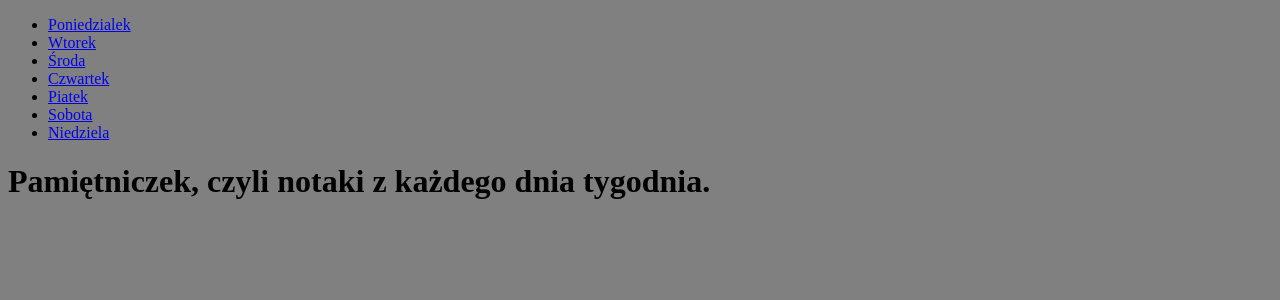
Repository: ArturNatwora/hompage
Page: index.html
An editor plug-in stored every save of this project. The page is shown before and after the next save, followed by the edit.
The browser window is 1280 px wide. The pictures show the whole page.

Above is the page before, as saved 2019-06-11 14:48:17.

### index.html
<!DOCTYPE html>
<html lang="pl">
<head>
    <meta charset="UTF-8">
    <meta name="viewport" content="width=device-width, initial-scale=1.0">
    <meta http-equiv="X-UA-Compatible" content="ie=edge">
    <link rel="stylesheet" href="index.css">
    <title>Strona domowa w ramach kursu WTf CO TEN FRONTEND.</title>
</head>
<body>
    <header class="bodyHeader">
        <nav class="bodyHeader__nav">
            <ul>
                <li><a class="bodyHeader__navLink" href="./days/1.html">Poniedzialek</a></li>
                <li><a class="bodyHeader__navLink" href="2.html">Wtorek</a></li>
                <li><a class="bodyHeader__navLink" href="3.html">Środa</a></li>
                <li><a class="bodyHeader__navLink" href="4.html">Czwartek</a></li>
                <li><a class="bodyHeader__navLink" href="5.html">Piatek</a></li>
                <li><a class="bodyHeader__navLink" href="6.html">Sobota</a></li>
                <li><a class="bodyHeader__navLink" href="7.html">Niedziela</a></li>
            </ul>
        </nav>
        <h1 class="bodyHeader__h1">Pamiętniczek, czyli notaki z każdego dnia tygodnia.</h1>
    </header>
    <main class="main">


    </main>
    <script src="index.js"></script>
</body>
</html>

Loaded but not shown: index.css (common file); index.js (no copy from this time; the picture is the same without it)

After the next save:
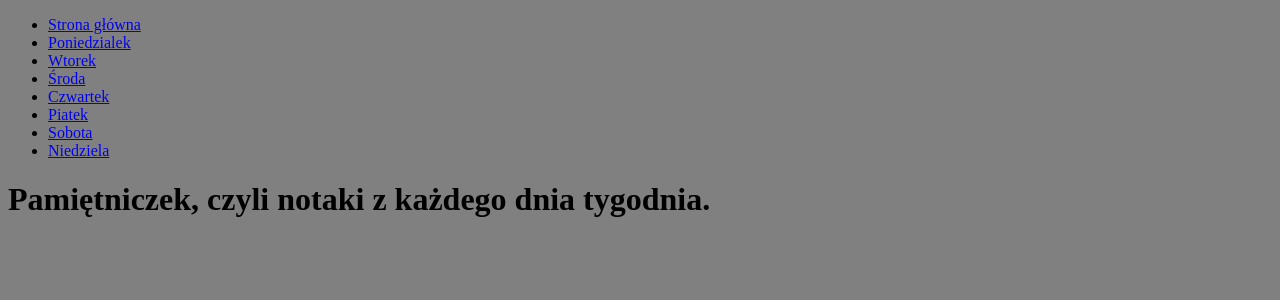
Saved 2 min 34 s later.
--- a/index.html
+++ b/index.html
@@ -11,6 +11,7 @@
     <header class="bodyHeader">
         <nav class="bodyHeader__nav">
             <ul>
+                <li><a class="bodyHeader__navLink" href="index.html">Strona główna</a></li>
                 <li><a class="bodyHeader__navLink" href="./days/1.html">Poniedzialek</a></li>
                 <li><a class="bodyHeader__navLink" href="2.html">Wtorek</a></li>
                 <li><a class="bodyHeader__navLink" href="3.html">Środa</a></li>
